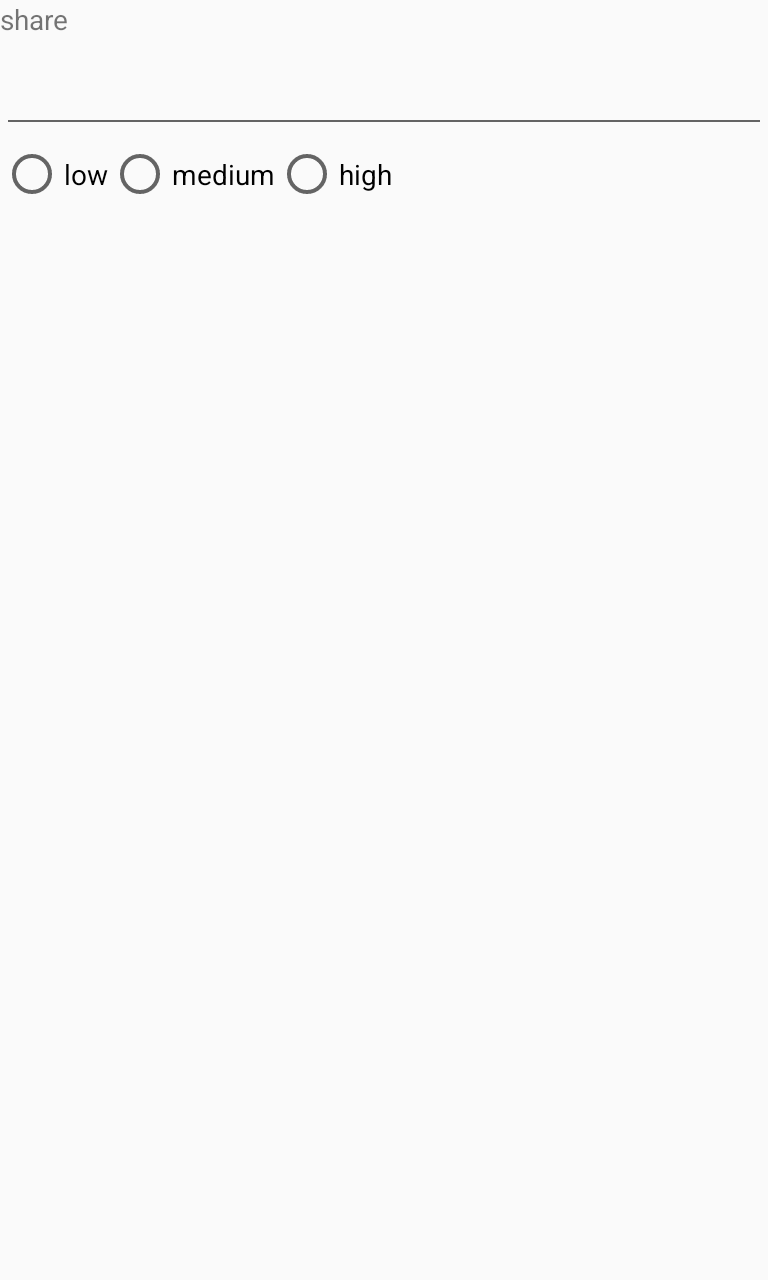
Repository: Pseudos/crowd-tidbits
Layout: crowd-tidbits/res/layout/share.xml
An editor plug-in stored every save of this project. The layout is shown before and after the next save, followed by the edit.
It is drawn on a 768 x 1280 px phone screen (xhdpi) without system bars, with theme AppTheme; the app's code is not run.

Above is the layout before, as saved 2015-09-29 12:56:32.

After the next save:
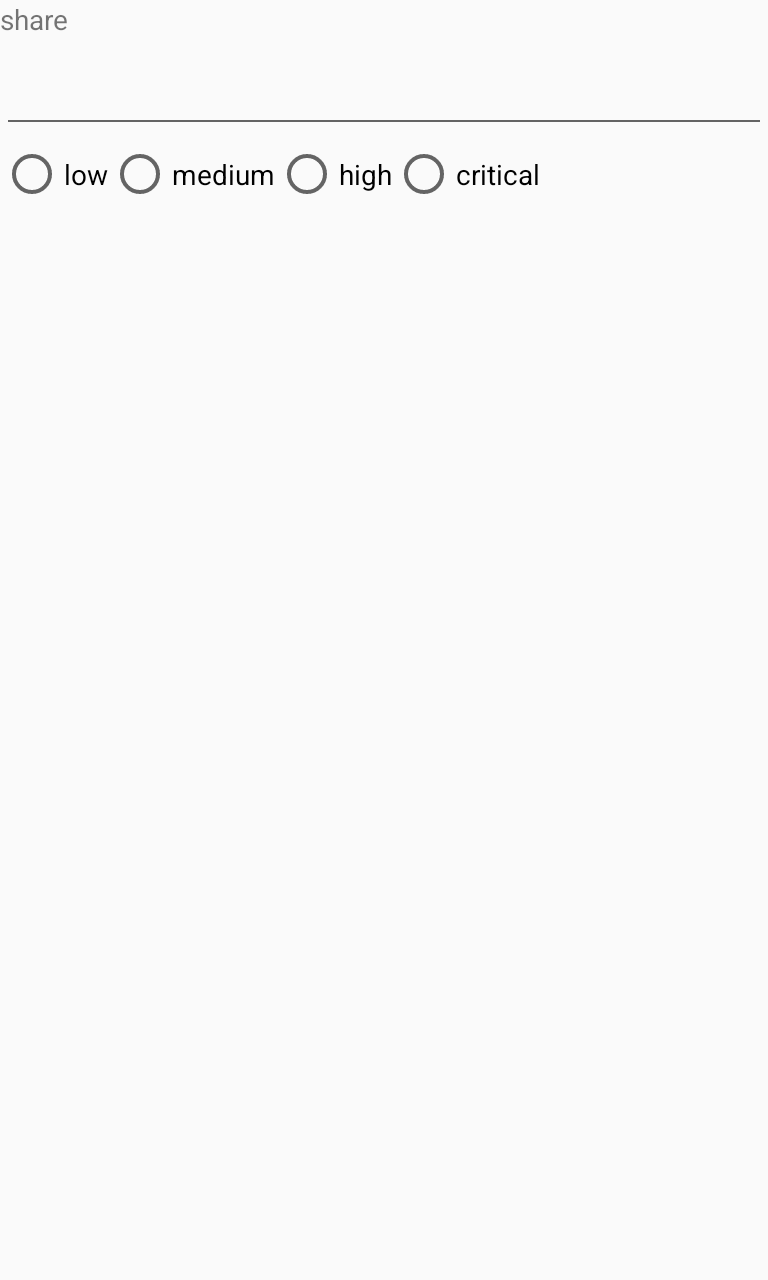
Saved 34 s later.
--- a/crowd-tidbits/res/layout/share.xml
+++ b/crowd-tidbits/res/layout/share.xml
@@ -39,6 +39,10 @@
              android:layout_height="wrap_content"
              android:text="high"/>
 
+         <RadioButton android:layout_width="wrap_content"
+             android:layout_height="wrap_content"
+             android:text="critical"/>
+
      </RadioGroup>
 
 </LinearLayout>
